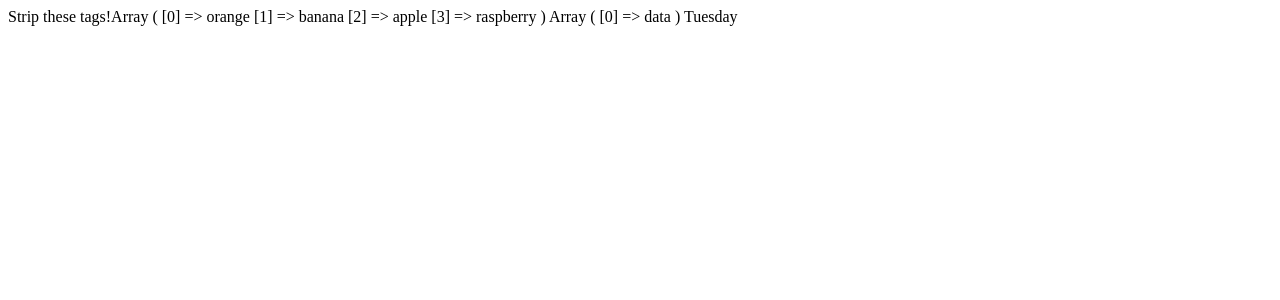
Repository: taku-su/kadai4
Page: http://localhost/kadai4.php
The author's editor kept a record of every edit. The page is drawn from the files as they stood at one moment, then again after the next edit.
The browser window is 1280 px wide. The pictures show the whole page.
The page is run by PHP 8.4 with error messages shown; the project is at /var/www/html/.

Above is the page before.

After the next edit:
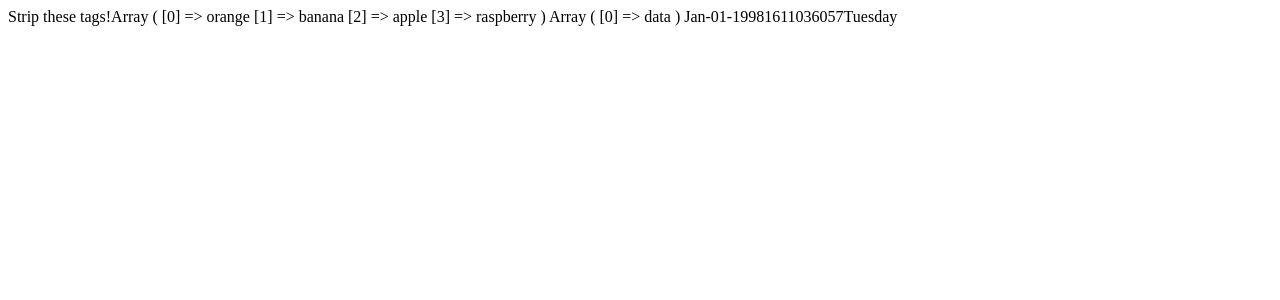
The edit:
--- a/kadai4.php
+++ b/kadai4.php
@@ -7,8 +7,8 @@
 $array2 = array(1 => "data");
 $result = array_merge($array1, $array2);
 print_r($result);
-//echo date("M-d-Y", mktime(0, 0, 0, 12, 32, 1997));
-//echo time();
+echo date("M-d-Y", mktime(0, 0, 0, 12, 32, 1997));
+echo time();
 date_default_timezone_set('UTC');
 echo date("l");
 ?>
